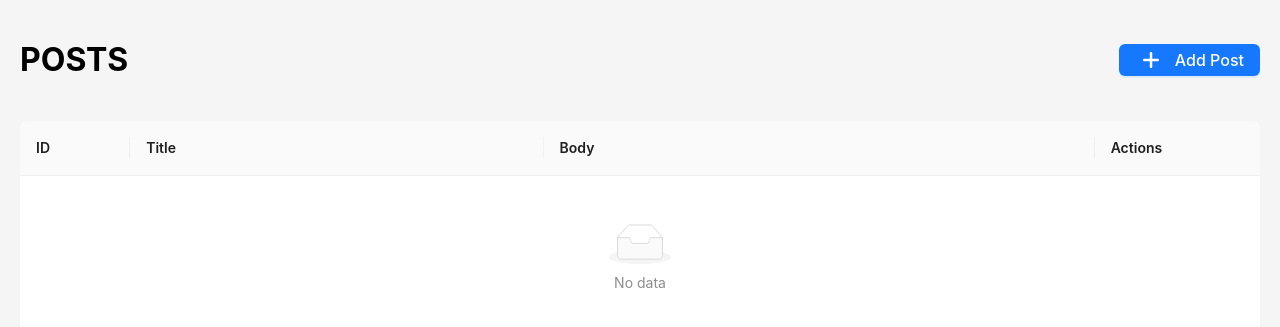
Repository: yasserrrz/Denamo-posts
Page: /
An editor plug-in stored every save of this project. The page is shown before and after the next save, followed by the edit.
The browser window is 1280 px wide. The pictures show the whole page.
The page's requests for data from a server got no answer. The project was rebuilt for these pictures with package versions that can differ from the ones it lists, and the page was loaded fresh each time. No one was signed in, and anything a server would have sent is missing. Also part of the build but not shown: src/components/PostForm.tsx.

Above is the page before, as saved 2024-11-28 16:42:07.

### src/App.tsx
import React, { useState } from 'react';
import { Button, Layout, Modal, Typography } from 'antd';
import DataTable from './components/DataTable';
// import AddPostForm from './components/AddPostForm';
import './App.css';
import PostForm from './components/PostForm';
import {ReactComponent as AddIcon} from "./assets/add-277.svg";
const { Header, Content } = Layout;
const { Title } = Typography;


const App: React.FC = () => {
  const [isModalOpen, setIsModalOpen] = useState(false);
  return (<>
    <Layout style={{ minHeight: '100vh' }}>
      <Content style={{ padding: '20px' }}>
         <div style={{marginTop: '20px ' , marginBottom: '20px' , display: 'flex', justifyContent: 'space-between' , alignItems: 'center' }}>
         <Title level={2} style={{ textAlign: 'center' , marginBottom:"0px" , marginTop:"0px" , fontSize: '32px' , fontWeight: '700' , textTransform: 'uppercase' , color: '#000' }}>
          Posts
        </Title>
         <Button onClick={()=>{setIsModalOpen(true)}} style={{fontSize: '16px' , fontWeight: '500' , padding: '15px'}} type="primary"><AddIcon/> Add Post</Button>
         </div>
        <div style={{ marginTop: '40px' }}>
          <DataTable />
        </div>
      </Content>
    </Layout>
    <Modal open={isModalOpen} title="Add New Post" centered width={800} onCancel={() => setIsModalOpen(false)} footer={null}>
      <PostForm  setIsModalOpen={setIsModalOpen} />
    </Modal>
  </>
  );
};

export default App;

### src/components/DataTable.tsx
import React, { useEffect, useState } from 'react';
import { Table, Button, Modal, Form, Input, notification } from 'antd';
import axios from 'axios';
import { Post } from '../types/Post';
import {ReactComponent as EditIcon} from "../assets/edit.svg"
import {ReactComponent as DeleteIcon} from "../assets/delete-icon-1.svg"
const DataTable: React.FC = () => {
  const [posts, setPosts] = useState<Post[]>([]);
  const [loading, setLoading] = useState<boolean>(true);
  const [editingPost, setEditingPost] = useState<Post | null>(null);
  const [isModalOpen, setIsModalOpen] = useState<boolean>(false);
  const [deleteModalOpen, setDeleteModalOpen] = useState<boolean>(false);

  useEffect(() => {
    const fetchData = async () => {
      setLoading(true);
      try {
        const response = await axios.get<Post[]>('https://jsonplaceholder.typicode.com/posts');
        setPosts(response.data);
      } catch (error) {
        console.log(error);
      } finally {
        setLoading(false);
      }
    };

    fetchData();
  }, []);

  const handleEdit = (post: Post) => {
    setEditingPost(post);
    setIsModalOpen(true);
  };

  const handleUpdatePost = async (values: Omit<Post, 'id'>) => {
    if (!editingPost) return;

    try {
      const response = await axios.put<Post>(
        `https://jsonplaceholder.typicode.com/posts/${editingPost.id}`,
        values
      );
      setPosts((prev) =>
        prev.map((post) => (post.id === editingPost.id ? { ...post, ...response.data } : post))
      );
      notification.success({
        message: 'Post Updated',
        description: `Post with ID ${editingPost.id} was updated successfully.`,
      });
    } catch (error) {
      notification.error({
        message: 'Error',
        description: 'Failed to update the post.',
      });
    } finally {
      setIsModalOpen(false);
      setEditingPost(null);
    }
  };

  const handleDelete = async (id: number) => {
    try {
      await axios.delete(`https://jsonplaceholder.typicode.com/posts/${id}`);
      setPosts((prev) => prev.filter((post) => post.id !== id));
      notification.success({
        message: 'Post Deleted',
        description: `Post with ID ${id} was deleted successfully.`,
      });
    } catch (error) {
      notification.error({
        message: 'Error',
        description: 'Failed to delete the post.',
      });
    }
    setDeleteModalOpen(false);
  };

  const columns = [
    {
      title: 'ID',
      dataIndex: 'id',
      key: 'id',
      width: '8%',
      render: (text: string) => <span style={{ fontSize: '12px', color: '#888' }}>{text}</span>,
    },
    {
      title: 'Title',
      dataIndex: 'title',
      key: 'title',
      width: '30%',
    },
    {
      title: 'Body',
      dataIndex: 'body',
      key: 'body',
      width: '40%',
    },
    {
      title: 'Actions',
      key: 'actions',
      width: '12%',
      render: (text: any, record: Post) => (
        <div style={{ width: '100%', display: 'flex', gap: '10px', justifyContent: 'space-around' }}>
          <Button type="primary"  onClick={() => handleEdit(record)}>
            <EditIcon/>
          </Button>
          <Button type={"primary"} danger onClick={() => {
            setEditingPost(record);
            setDeleteModalOpen(true);
          }}>
            <DeleteIcon/>
          </Button>
        </div>
      ),
    },
  ];

  return (
    <>
      <Table
        dataSource={posts}
        columns={columns}
        rowKey="id"
        loading={loading}
        scroll={{ y: "calc(100vh - 250px)",  x: 700}}
        pagination={{ pageSize: 10 }}
      />

      {/* edit modal */}
      <Modal
        title="Edit Post"
        open={isModalOpen}
        onCancel={() => setIsModalOpen(false)}
        footer={null}

        centered
      >
        <Form
          initialValues={{ title: editingPost?.title, body: editingPost?.body }}
          onFinish={handleUpdatePost}
          layout="vertical"
        >
          <Form.Item
            name="title"
            label="Title"
            rules={[{ required: true, message: 'Please input the title!' }]}

          >
            <Input placeholder="Enter post title" />
          </Form.Item>
          <Form.Item
            name="body"
            label="Body"
            rules={[{ required: true, message: 'Please input the body!' }]}
          >
            <Input.TextArea rows={4} placeholder="Enter post body" />
          </Form.Item>
          <Form.Item style={{ textAlign: 'center' , display: 'flex', justifyContent: 'flex-end' }}>
            <Button type="default"  htmlType="submit">
              Update Post
            </Button>
          </Form.Item>
        </Form>
      </Modal>

      {/* Delete modal */}
      <Modal
        title="Delete Post"
        open={deleteModalOpen}
        onCancel={() => setDeleteModalOpen(false)}
        footer={null}

        centered
      >
        <p>Are you sure you want to delete this post?</p>
        <div style={{ display: 'flex', gap: '10px', justifyContent: "flex-end" }}>
          <button className='delete-btn' onClick={() => handleDelete(editingPost?.id || 0)}>
            Yes
          </button>
          <button  className='cancel' onClick={() => setDeleteModalOpen(false)}>No</button>
        </div>
      </Modal>
    </>
  );
};

export default DataTable;

### src/App.css
.cancel{
  color: #000000e0;
  background-color: #fff;
  border: 1px solid #000000e0;
  border-radius: 8px;
  padding: 8px 15px;
  cursor: pointer;
  transition: all 0.15s ease-in-out;
}

.cancel:hover{
  background-color: #000000e0;
  color: #fff;
}

.delete-btn{
  color: #fff;
  background-color: #ff4d4f;
  border: 1px solid #ff4d4f;
  border-radius: 8px;
  padding: 8px 15px;
  cursor: pointer;
  transition: all 0.15s ease-in-out;
}

.delete-btn:hover{
  background-color: #fff;
  color: #ff4d4f;
  border: 1px solid #ff4d4f;
}

.ant-table-body {
  scrollbar-width: thin;
  scrollbar-color: #888 #f5f5f5;
  overflow-y: scroll; /* Ensure vertical scrolling is functional */
  scrollbar-width: none; /* Hide scrollbar in Firefox */
}

.ant-table-body ::-webkit-scrollbar-corner
 {
  display: none;
}

.svg-container {
  width: 24px;
  height: 24px;
}

.svg-container svg {
  width: 100%;
  height: 100%;
}

Loaded but not shown: public/index.html (common file); src/index.tsx (common file); src/index.css (common file); src/reportWebVitals.ts (common file)

After the next save:
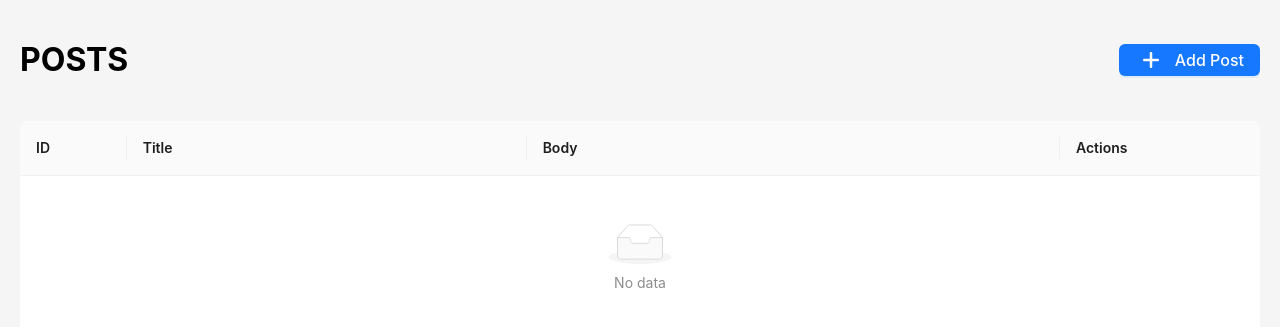
Saved 37 s later.
--- a/src/components/DataTable.tsx
+++ b/src/components/DataTable.tsx
@@ -98,7 +98,7 @@ const DataTable: React.FC = () => {
     {
       title: 'Actions',
       key: 'actions',
-      width: '12%',
+      width: '15%',
       render: (text: any, record: Post) => (
         <div style={{ width: '100%', display: 'flex', gap: '10px', justifyContent: 'space-around' }}>
           <Button type="primary"  onClick={() => handleEdit(record)}>
